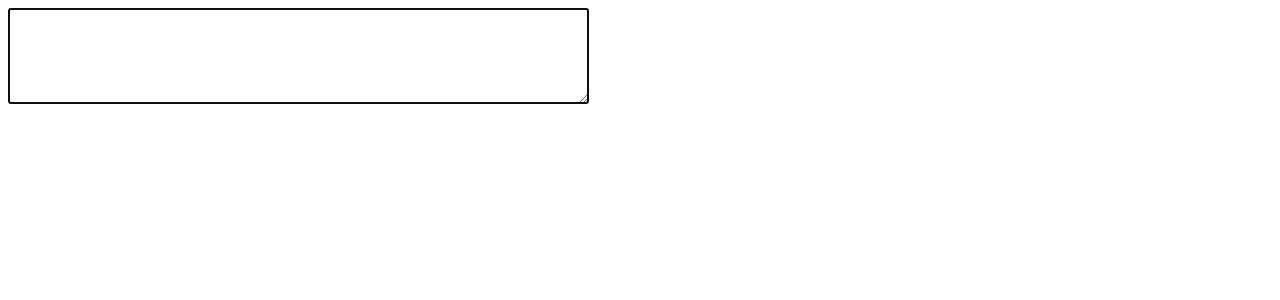
Repository: Aubtin/ProjectX2
Page: http://localhost/ProjectXWeb/
The author's editor kept a copy of each file at every save. The page is drawn from the files as they stood at one save, then again after the next save.
The browser window is 1280 px wide. The pictures show the whole page.
The page is served by Tomcat 9.

Above is the page before, as saved 2015-06-30 07:25:26.

After the next save:
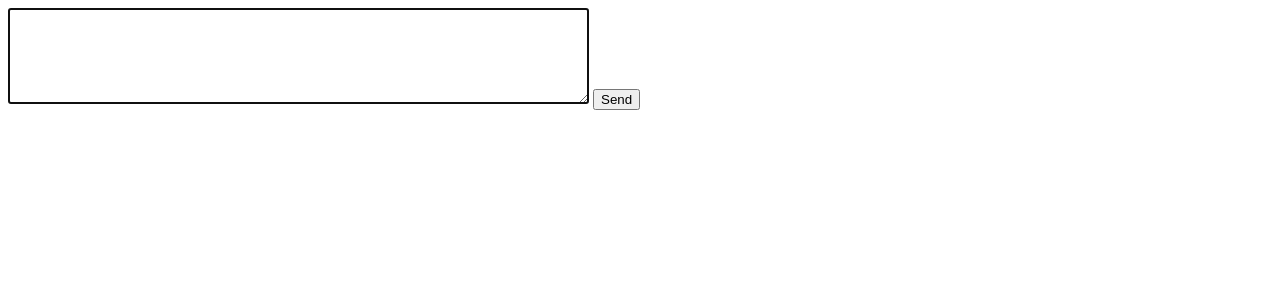
Saved 118 s later.
--- a/ProjectXWeb/WebContent/index.jsp
+++ b/ProjectXWeb/WebContent/index.jsp
@@ -7,7 +7,10 @@
 <title>ProjectX Web Service</title>
 </head>
 <body>
-<textarea rows="6" cols="70" name="myText" autofocus="true">
-</textarea>
+<form action = "ProjectXServlet">
+	<textarea rows="6" cols="70" name="myText" autofocus="true"></textarea>
+	<input type="Submit" value="Send"/>
+</form>
+
 </body>
 </html>
